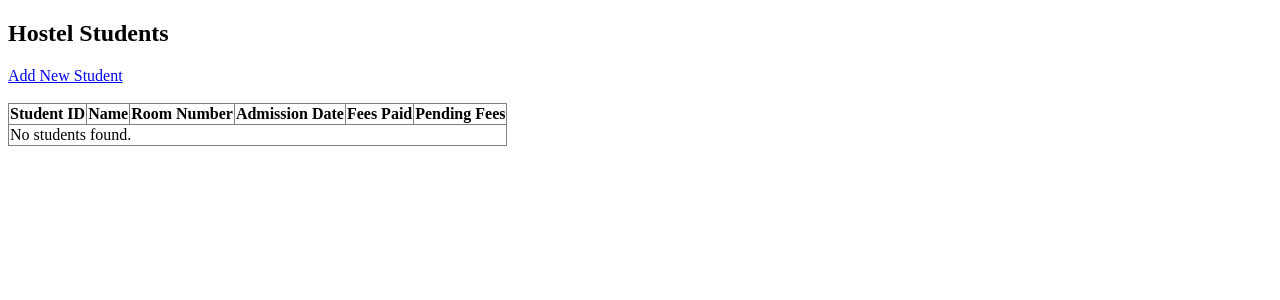
Repository: Keerthana2M/Hostel-Management-system
Page: http://localhost/Hostelweb/DisplayStudentsServlet
These files come from the project's save history. The page is drawn as it stood at one moment and after the next save; the edit follows.
The browser window is 1280 px wide. The pictures show the whole page.
The page is served by Tomcat 9. Queries for data that is not in the repository find no rows.

Above is the page before, as saved 2025-05-28 13:04:16.

After the next save:
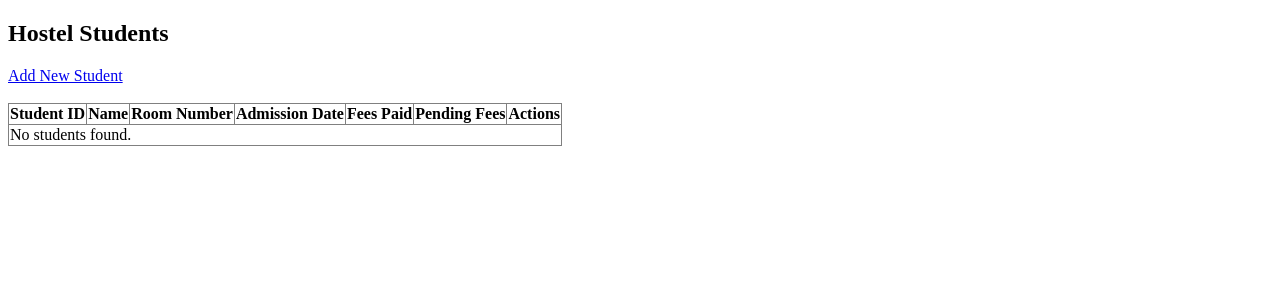
Saved 7 min 28 s later.
--- a/Hostelweb/src/main/webapp/studentdisplay.jsp
+++ b/Hostelweb/src/main/webapp/studentdisplay.jsp
@@ -1,8 +1,7 @@
 <%@ page language="java" contentType="text/html; charset=UTF-8" pageEncoding="UTF-8"%>
 <%@ page import="java.util.List" %>
 <%@ page import="com.model.student" %>
-<%@ page import="java.lang.SuppressWarnings" %>
-<%! @SuppressWarnings("unchecked") %>
+
 <!DOCTYPE html>
 <html>
 <head>
@@ -13,7 +12,6 @@
 <a href="studentadd.jsp">Add New Student</a><br><br>
 
 <table border="1" style="border-collapse: collapse; padding: 8px;">
-
   <tr>
     <th>Student ID</th>
     <th>Name</th>
@@ -21,6 +19,7 @@
     <th>Admission Date</th>
     <th>Fees Paid</th>
     <th>Pending Fees</th>
+    <th>Actions</th> <!-- Add Actions column -->
   </tr>
 
   <%
@@ -35,13 +34,17 @@
     <td><%= s.getAdmissionDate() %></td>
     <td><%= s.getFeesPaid() %></td>
     <td><%= s.getPendingFees() %></td>
+    <td>
+      <!-- This link passes the student ID -->
+      <a href="updatestudent.jsp?id=<%= s.getId() %>">Update</a>
+    </td>
   </tr>
   <%
       }
     } else {
   %>
   <tr>
-    <td colspan="6">No students found.</td>
+    <td colspan="7">No students found.</td>
   </tr>
   <%
     }
